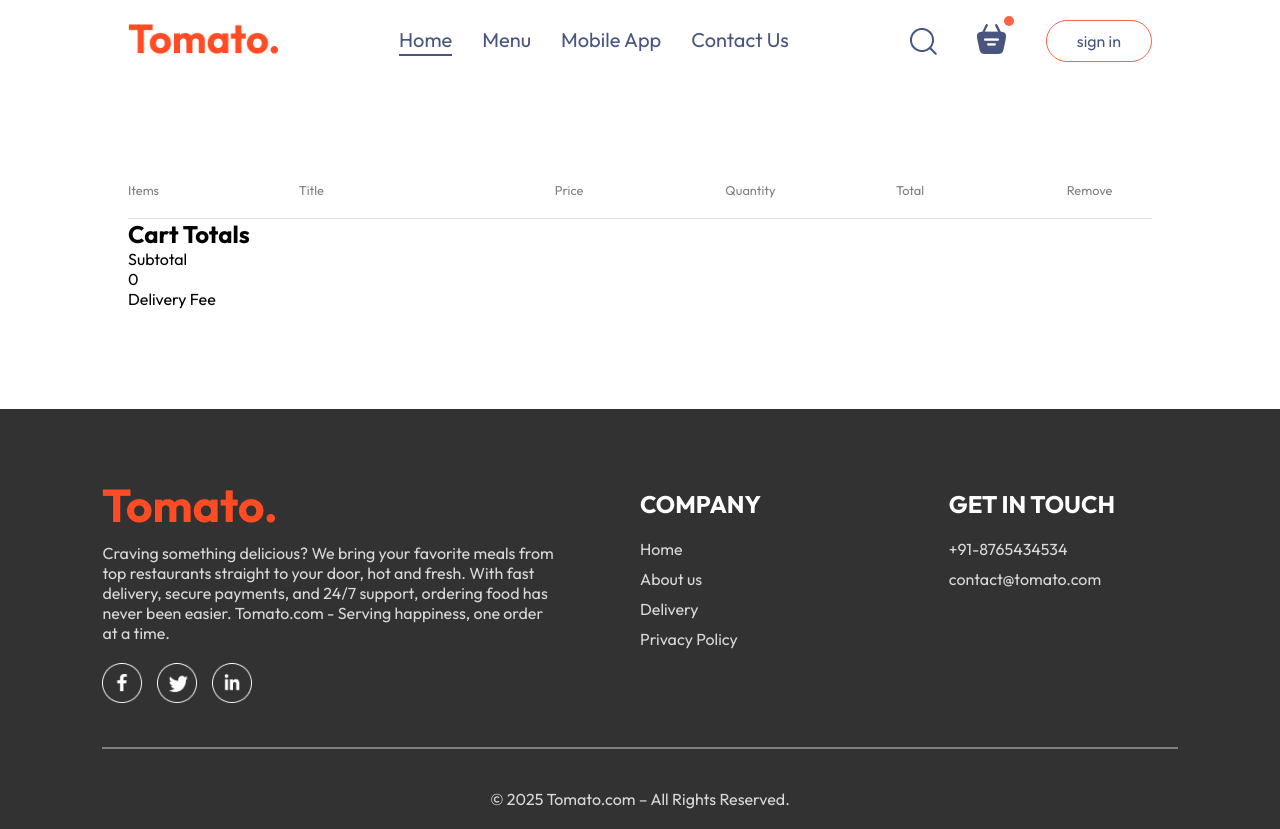
Repository: esakkiraj8104/FOOD_ORDER1
Page: /cart
The author's editor kept a copy of each file at every save. The page is drawn from the files as they stood at one save, then again after a run of saves.
The browser window is 1280 px wide. The pictures show the whole page.
The project was rebuilt for these pictures with package versions that can differ from the ones it lists, and the page was loaded fresh each time. Also part of the build but not shown: vite.config.js, src/components/Navbar/Header/Haeder.css, src/components/Navbar/Header/Header.jsx, src/components/Navbar/ExploreMenu/ExploreMenu.css, src/components/Navbar/ExploreMenu/ExploreMenu.jsx, src/components/Navbar/FoodDisplay/FoodDisplay.css, src/components/Navbar/FoodItem/FoodItem.css, src/components/Navbar/FoodItem/FoodItem.jsx and 6 more. Imported but missing from the stored project, and not drawn on this page: src/pages/PlaceOrder/PlaceOrder.

Above is the page before, as saved 2025-05-20 18:45:48.

After the next 2 saves:
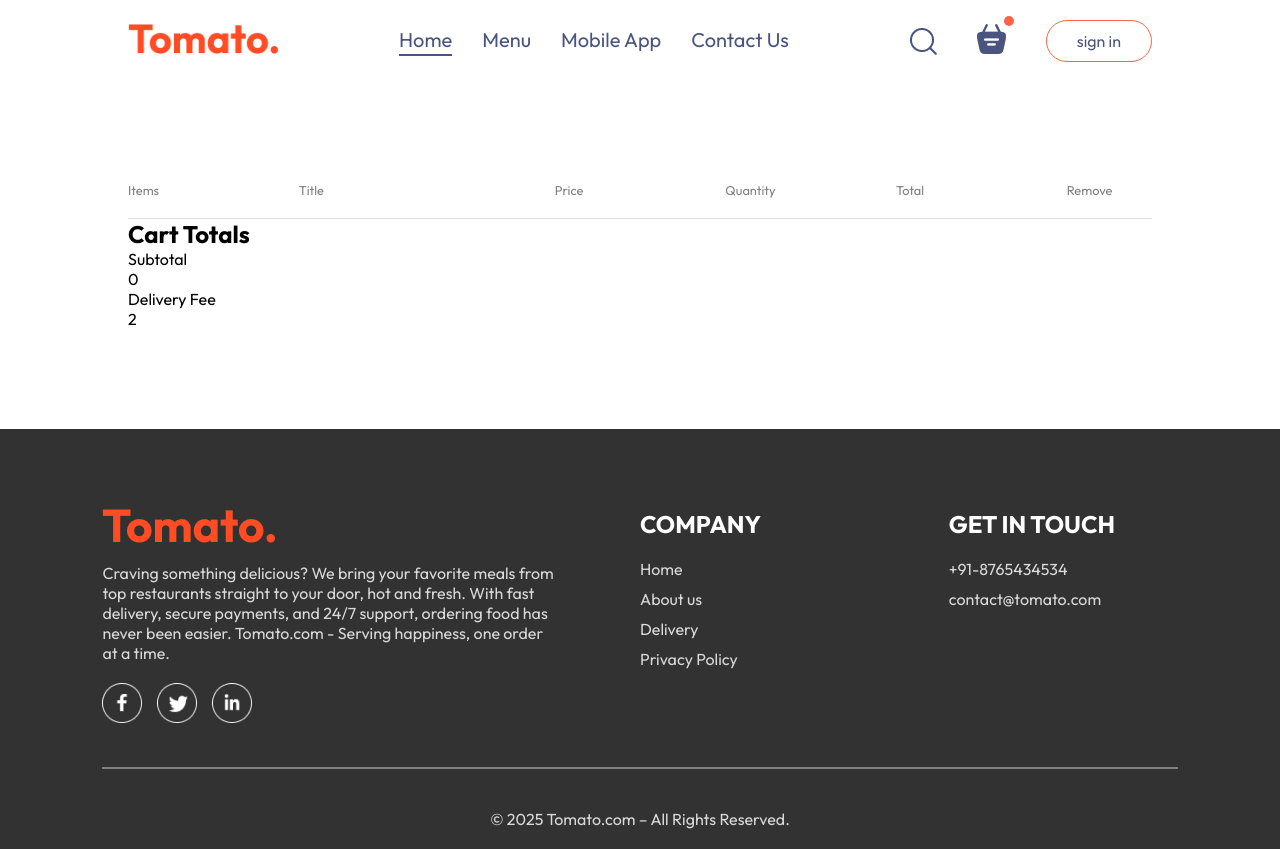
The 2 saves are shown as one change because they came seconds apart.
The last was saved 8 s later.
--- a/src/pages/Cart/Cart.jsx
+++ b/src/pages/Cart/Cart.jsx
@@ -47,7 +47,7 @@ const Cart = () => {
             </div>
             <div className="cart-total-details">
               <p>Delivery Fee</p>
-              <p></p>
+              <p>{2}</p>
             </div>
             <div className="cart-total-details">
 
